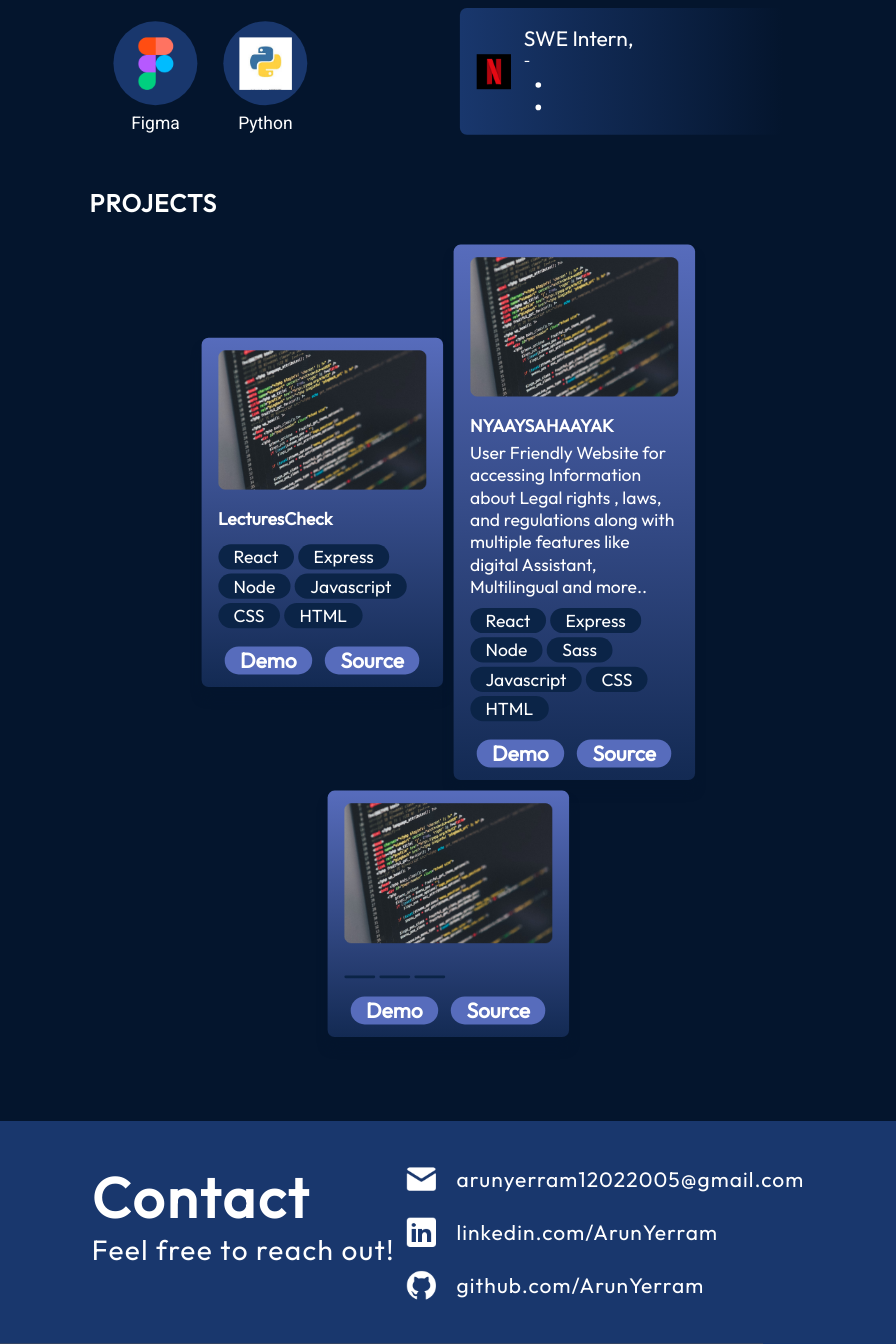
Repository: ARUN-YERRAM/Arun-Yerram-s-Portfolio-Website
Page: /
An editor plug-in stored every save of this project. The page is shown before and after the next save, followed by the edit.
The browser window is 1280 px wide. The pictures show the part of the page from y = 1908 to 3828 px (the page is 3828 px tall before and 3786 px after), at 70% of full size.
The project was rebuilt for these pictures with package versions that can differ from the ones it lists, and the page was loaded fresh each time. Also part of the build but not shown: vite.config.js.

Above is the page before, as saved 2024-06-25 21:23:04.

After the next save:
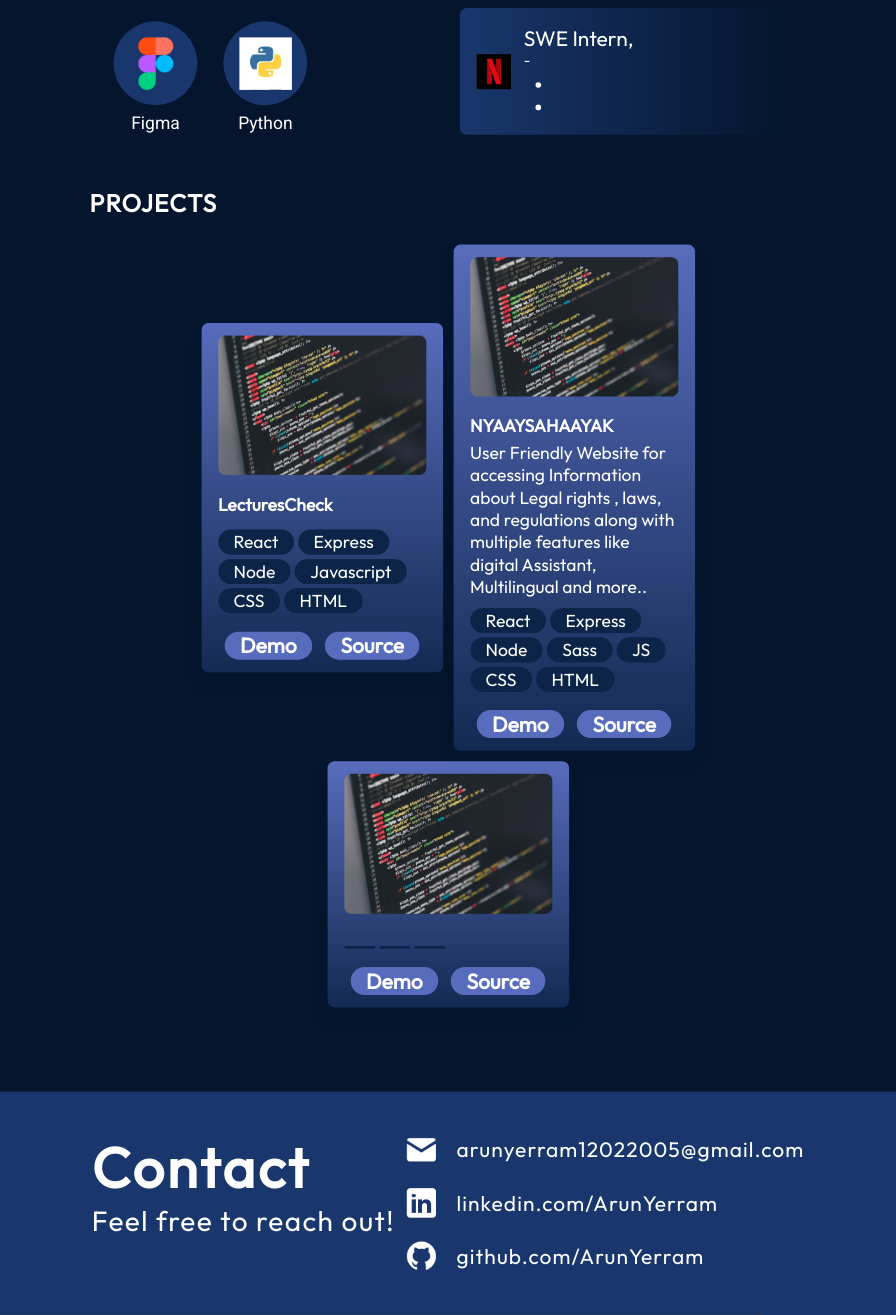
Saved 7 s later.
--- a/src/data/projects.json
+++ b/src/data/projects.json
@@ -11,7 +11,7 @@
     "title": "NYAAYSAHAAYAK",
     "imageSrc": "projects/project.png",
     "description": "User Friendly Website for accessing Information about Legal rights , laws, and regulations along with multiple features like digital Assistant, Multilingual and more.. ",
-    "skills": ["React", "Express", "Node", "Sass","Javascript","CSS","HTML"],
+    "skills": ["React", "Express", "Node", "Sass","JS","CSS","HTML"],
     "demo": "",
     "source": "https://github.com/ARUN-YERRAM/NYAAYSAHAAYAK"
   },
